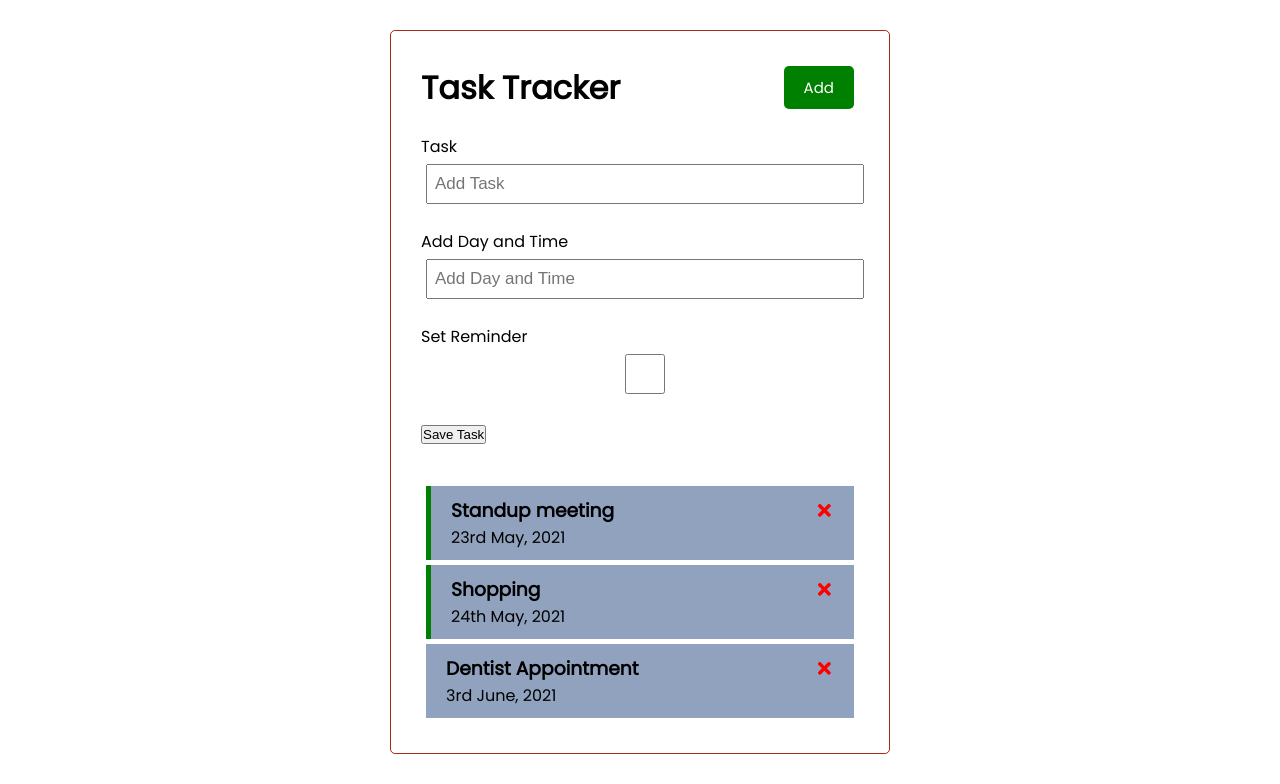
Repository: NIMRAH97/React-Strap-Test
Page: /
An editor plug-in stored every save of this project. The page is shown before and after the next save, followed by the edit.
The browser window is 1280 px wide. The pictures show the whole page.
The project was rebuilt for these pictures with package versions that can differ from the ones it lists, and the page was loaded fresh each time.

Above is the page before, as saved 2021-05-22 20:40:08.

After the next save:
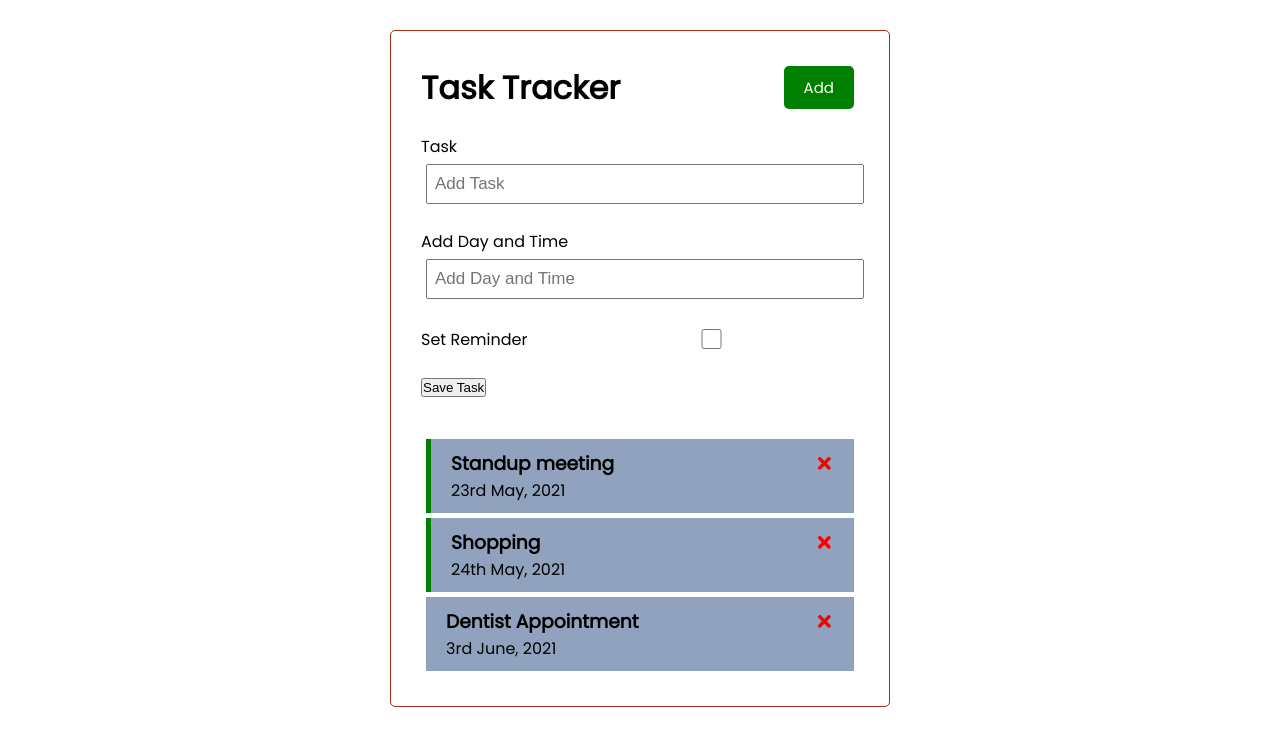
Saved 49 s later.
--- a/src/components/AddTask.js
+++ b/src/components/AddTask.js
@@ -11,7 +11,7 @@ const AddTask = () => {
         <label>Add Day and Time</label>
         <input type='text' placeholder='Add Day and Time'></input>
       </div>
-      <div className='form-control'>
+      <div className='form-control form-control-check'>
         <label>Set Reminder</label>
         <input type='checkbox'></input>
       </div>
